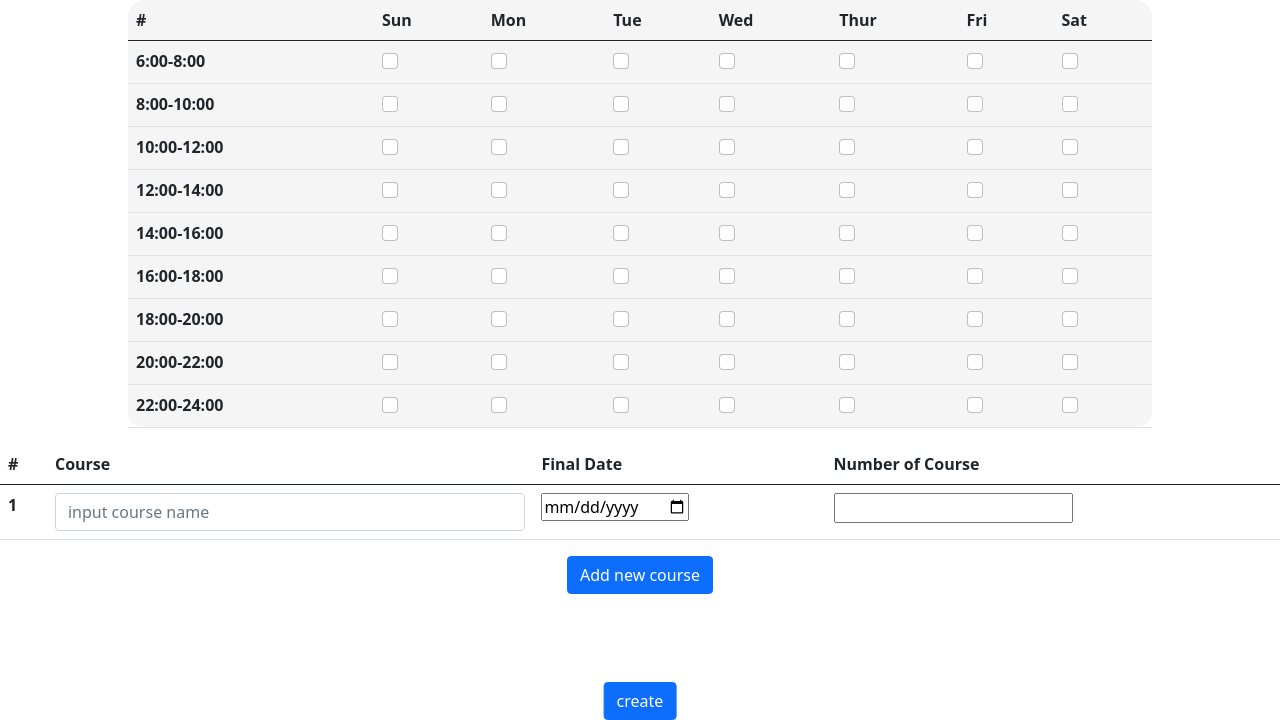
Repository: xich4932/fuxiguanli
Page: index_main.html
These files come from the project's save history. The page is drawn as it stood at one moment and after the next save; the edit follows.
The browser window is 1280 px wide. The pictures show the whole page.

Above is the page before, as saved 2021-06-21 21:52:15.

### index_main.html
<!doctype html>
<html lang="en">
  <head>
    <!-- Required meta tags -->
    <meta charset="utf-8">
    <meta name="viewport" content="width=device-width, initial-scale=1">

    <!-- Bootstrap CSS -->
    <link href="https://cdn.jsdelivr.net/npm/bootstrap@5.0.1/dist/css/bootstrap.min.css" rel="stylesheet" integrity="sha384-+0n0xVW2eSR5OomGNYDnhzAbDsOXxcvSN1TPprVMTNDbiYZCxYbOOl7+AMvyTG2x" crossorigin="anonymous">
    <script src="https://cdnjs.cloudflare.com/ajax/libs/jquery/3.6.0/jquery.min.js" integrity="sha512-894YE6QWD5I59HgZOGReFYm4dnWc1Qt5NtvYSaNcOP+u1T9qYdvdihz0PPSiiqn/+/3e7Jo4EaG7TubfWGUrMQ==" crossorigin="anonymous" referrerpolicy="no-referrer"></script>

    <link rel="stylesheet" href="style.css">
    <title>Hello, world!</title>
  </head>
  <body onload="load_table()">

    <!-- Optional JavaScript; choose one of the two! -->

    <!-- Option 1: Bootstrap Bundle with Popper -->
    <script src="https://cdn.jsdelivr.net/npm/bootstrap@5.0.1/dist/js/bootstrap.bundle.min.js" integrity="sha384-gtEjrD/SeCtmISkJkNUaaKMoLD0//ElJ19smozuHV6z3Iehds+3Ulb9Bn9Plx0x4" crossorigin="anonymous"></script>

    <!-- Option 2: Separate Popper and Bootstrap JS -->
    <!--
    <script src="https://cdn.jsdelivr.net/npm/@popperjs/core@2.9.2/dist/umd/popper.min.js" integrity="sha384-IQsoLXl5PILFhosVNubq5LC7Qb9DXgDA9i+tQ8Zj3iwWAwPtgFTxbJ8NT4GN1R8p" crossorigin="anonymous"></script>
    <script src="https://cdn.jsdelivr.net/npm/bootstrap@5.0.1/dist/js/bootstrap.min.js" integrity="sha384-Atwg2Pkwv9vp0ygtn1JAojH0nYbwNJLPhwyoVbhoPwBhjQPR5VtM2+xf0Uwh9KtT" crossorigin="anonymous"></script>
    -->

    <div id="print_table" class="table_style">
      <table class="table" id = "this_table">
        <thead>
          <tr>
            <th scope="col">#</th>
            <th scope="col">Sun</th>
            <th scope="col">Mon</th>
            <th scope="col">Tue</th>
            <th scope="col">Wed</th>
            <th scope="col">Thur</th>
            <th scope="col">Fri</th>
            <th scope="col">Sat</th>
          </tr>
        </thead>
        <tbody id="table_body">

        </tbody>
        </table>
    </div>

    <div>
      <div id="course_table" >
        <table class="table" id = "add_course_table">
          <thead>
            <tr>
              <th scope="col">#</th>
              <th scope="col">Course</th>
              <th scope="col">Final Date</th>
              <th scope="col">Number of Course</th>
            </tr>
          </thead>
          <tbody id="course">

            <tr>
              <th scope="row">1</th>
              <td>
                <input class="form-control" type="text" placeholder="input course name" aria-label="default input example" id="course_0">
              </td>
              <td>
                <input type="date" id="final_0">
              </td>
              <td>
                <input type="number" id="num_0">
              </td>
            </tr>

          </tbody>
          </table>
    </div>
    </div>
    <!--
    <div>
      <div >
        <a class="btn btn-primary" href="class_main.html" role="button" >Next</a>
      </div>
    </div>

    <div class="position-absolute bottom-7 start-50 translate-middle-x">
      <button type="button" class="btn btn-primary" onclick="checking()">Submit</button>
    </div>
    -->
    <div class="position-absolute bottom- start-50 translate-middle-x">
      <button type="button" class="btn btn-primary" id="addbtn" onclick="add_course()">Add new course</button>

    </div>
    <div class="position-absolute bottom-0 start-50 translate-middle-x">

      <button type="button" class="btn btn-primary" id="crtbtn" onclick="create()">create</button>
      <!--
      <a class="download hide" id="downloadLink" download="event.ics">⇩ Download</a>
      -->
      <a class="btn btn-primary" style="display: none;" href="#" role="button" id="downbtn" download="event.ics" >download</a>
     </div>

     <script type="text/javascript" src="script.js" defer="true"></script>
  </body>
</html>

### style.css

.vertical-center {
    margin: 0;
    position: absolute;
    top: 50%;
    -ms-transform: translateY(-50%);
    transform: translateY(-50%);
}
/*
.float{
	position:fixed;
	width:60px;
	height:60px;
	bottom:40px;
	right:40px;
	background-color:#0C9;
	color:#FFF;
	border-radius:50px;
	text-align:center;
	box-shadow: 2px 2px 3px #999;
}
*/
.table_style{
	background-color: whitesmoke;
	width: 80%;
	height: 100%;
	margin: auto;
	border-radius: 1pc;
	border-color: teal;
}

### script.js
function load_table(){
    var table = document.getElementById("table_body")
    //table.innerHTML;
    str = ''
    count = 0;
    window_time = ["6:00-8:00", "8:00-10:00", "10:00-12:00", "12:00-14:00", "14:00-16:00", "16:00-18:00", "18:00-20:00", "20:00-22:00", "22:00-24:00"]
    for(r = 0; r < 9; r++){
        str += '<th scope="row">'+window_time[r]+'</th>'
        for(i = 0; i < 7; i++){
            str += '<td><div class="form-check"><input class="form-check-input" type="checkbox" value="" id="check'+count+'"><label class="form-check-label" for="window'+count+'"></label></div></td>'
            count ++
        }
        str += '</tr>'
    }
    //var arr = [1,2,3,4]
    //test.apply(this ,arr)
    //console.log(arr.join())
    table.innerHTML += str
};

var week = []
function checking(){
    for(var f = 0; f < 7; f++){
        var temp_arr = []
        for( i = f; i <63; i+=7 ){
            if(document.getElementById('check' + String(i)).checked == true){
                console.log(i)
                temp_arr.push(i)
            }
        }
        week.push(temp_arr)
    }
    console.log(week)
}

var total = 1;

function add_course(){
    add = document.getElementById("course");
    str = '<tr><th scope="row">'+ (total+1)+'</th><td><input class="form-control" type="text" placeholder="input course name" aria-label="default input example" id="course_'+total+'"></td><td><input type="date" id="final_'+total+'"></td><td><input type="number" id="num_'+total+'"></td></tr>'
    total += 1
    $('#add_course_table tr:last').after(str);
}

function printing(){
    console.log(document.getElementById('final_date1').value)
    console.log(document.getElementById('num_course1').value)
    console.log(document.getElementById('course_1').value)

}

function calLastDay(month, year){
    if(month == 1 || month == 3 || month == 5 || month == 7 || month == 8 || month == 10 | month == 12 ){
        return 31;
    }else if(month == 4 || month == 6 || month == 9 || month == 11){
        return 30;
    }else{
        if(year % 4) return 28;
        if(!(year % 4) && year % 100) return 29;
        if(year % 100 && !(year % 400)) return 28
        else return 29
    }
}


var final_arr=[]; // final date
var course_arr = []; //course name
var num_arr = [] //number of topic of final for review
var time_start = []//start day of
var time_end = []//
var exclude_final = [] // exclude from review days
var exclude_str = "" //for RRULE
var icsFile = null;
var event_str = ""
var until = []
var window_start = ""
var window_end = ""
var window_str = ""

function create() {
    for(var i = 0; i < total; i++){
        final_arr.push(document.getElementById("final_"+String(i)).value)
        num_arr.push(document.getElementById("num_"+String(i)).value)
        course_arr.push(document.getElementById("course_"+String(i)).value)
    }
   //console.log(final_arr.join())
   //console.log(course_arr.join())
   //console.log(num_arr.join())
    total *= 2;
    for(var i = 0; i < total; i+=2){
        var day_before = final_arr[i].substring(0, 8)
        var day = final_arr[i].substring(8,10) - 1
        if(parseInt(final_arr[i].substring(8,10)) == 1){
            var temp_day_before = day_before
            var day_before = final_arr[i].substring(5,7) - 1
            day = calLastDay(parseInt(final_arr[i].substring(5,7))-1 ,parseInt(final_arr[i].substring(0,4)))
            if(day_before < 10){
                day_before = temp_day_before.substring(0, 5) + '0' + String(day_before) + '-'
            }
        }else{
            if(day < 10){
                day = '0' + String(day)
            }else{
                day = final_arr[i].substring(8,10) - 1
            }
        }
        final_arr.splice(i, 0, day_before + day)
        //console.log(final_arr.join())
    }
    //total /= 2
    console.log(final_arr.join())
    //total *= 2
    final_rearrange()
    ret_window()
    review_windows()
    automator()
   createEvent()
   //makeIcsFile()
   var ready = document.getElementById("downbtn")
   ready.href = makeIcsFile()
   document.getElementById("downbtn").style.display = "block"
}
/*
function exdate_working(){
    var temp_size = total / 2
    for(var t =0; t < total; t+=2){
        var str = ""
        str = String(final_arr[t].substring(0,4)) + String(final_arr[t].substring(5,7)) + String(final_arr[t].substring(8)) + 'T' + "000000"
        time_start.push(str)
        console.log("im in func")
    }
}
 */
/*
function time_to_start(){
   // console.log(final_arr.join())
    for(var t =0; t < total; t+=2){
        var str = ""
        str = String(final_arr[t].substring(0,4)) + String(final_arr[t].substring(5,7)) + String(final_arr[t].substring(8)) + 'T' + "000000"
        time_start.push(str)
        console.log("im in func")
    }
    //console.log(time_start.join())
}

function time_to_end(){
    //console.log(final_arr.join())
    for(var t =1; t <= total; t+=2){
        var str = ""
        str = String(final_arr[t].substring(0,4)) + String(final_arr[t].substring(5,7)) + String(final_arr[t].substring(8)) + 'T' + "235959"
        time_end.push(str)
        console.log("im in fund")
    }
}
 */

/*

 */
function final_rearrange(){
    for(var t =0; t < total ; t++){
        var temp_str = String(final_arr[t].substring(0,4)) + String(final_arr[t].substring(5,7)) + String(final_arr[t].substring(8)) + 'T' + "000000"
        if(t % 2){
            final_arr.push(temp_str)
        }
        exclude_str += temp_str
        exclude_str +=    ','
    }
    //console.log(str)
    //console.log(final_formatted.join())
}
/*
 *  store the time of windows
 *
 */
function ret_window(num){
    if(num / 7 == 0){
        window_start = "060000"
        window_end = "080000"
    }else if(num / 7 == 1){
        window_start = "080000"
        window_end = "100000"
    }else if(num / 7 == 2){
        window_start = "100000"
        window_end = "120000"
    }else if(num / 7 == 3){
        window_start = "120000"
        window_end = "140000"
    }else if(num / 7 == 4){
        window_start = "140000"
        window_end = "160000"
    }else if(num / 7 == 5){
        window_start = "160000"
        window_end = "180000"
    }else if(num / 7 == 6){
        window_start = "180000"
        window_end = "200000"
    }else if(num / 7 == 7){
        window_start = "200000"
        window_end = "220000"
    }else if(num / 7 == 8){
        window_start = "220000"
        window_end = "240000"
    }
}

function review_windows(){
    var today = new Date()
    for(var d = 0; d < total; d++){
        //window_str =
        time_start.push(String(today.getFullYear()) + String(today.getMonth()+1) + String(today.getDate()) + "T" + window_start)
        time_end.push(String(today.getFullYear()) + String(today.getMonth()+1) + String(today.getDate()) + "T" + window_end)
    }
}

/*
the final day and the days before final is reserved
*/
//var week = []
function calNextDay(month, year, day){
    if(month == 1 || month == 3 || month == 5 || month == 7 || month == 8 || month == 10 | month == 12 ){
        if(day + 1 > 31) return 1;
      //  else return day + 1;
    }else if(month == 4 || month == 6 || month == 9 || month == 11){
        if(day + 1 > 30) return 1;
     //   else return day + 1;
    }else{
        if(year % 4){
            if(day + 1 > 28) return 1;
          //  else return day + 1;
        } //return 28;
        if(!(year % 4) && year % 100){
            if(day + 1 > 29) return 1;
          //  else return day + 1;
        } //return 29; //leap month
        if(year % 100 && !(year % 400)){
            if(day + 1 > 28) return 1;
          //  else return day + 1;
        } //return 28
        else{
            if(day + 1 > 29) return 1;
          //  else return day + 1;
        } //return 29 //leap month
    }
    return day + 1
}



function automator(){
    var today = new Date()
    var sizer = total / 2;
    var temp_event
    console.log(today.getFullYear(), today.getMonth() +1, today.getDate())
    //document.getElementById("")
    time_start = String(today.getFullYear()) + String(today.getMonth()+1) + String(today.getDate()) + 'T000000'
    var weekday = translate_week((today.getDay() + 1) % 7 )
    for(var g = 0; g < sizer; g++){
        event_str += createEvent(course_arr[g], time_start[g], time_end[g] ,  until[g], translate_week(today.getDay()%7) )
    }
}


//return day in code
function translate_week(temp_week){
    switch (temp_week){
        case 0:
            return "SU"
            break;
        case 1:
            return "MO"
            break;
        case 2:
            return "TU"
            break;
        case 3:
            return "WE"
            break;
        case 0:
            return "TH"
            break;
        case 1:
            return "FR"
            break;
        case 2:
            return "SA"
            break;
        default:
            return "MO"
            break;
    }

}


//writing ICS rule

function createEvent(event_name, start_time, end_time, get_until, r_week) {
    for(var i = 0; i < time_start.length; i++){
       event_str += "BEGIN:VEVENT\n" +
       "UID:" +
       Math.random().toString(36).substring(2) +
       "\n" +
       "TZID:Asia/Shanghai\n" +
       "DTSTART;VALUE=DATE:" +
       //time_start[i] +
       "\n" +
       "DTEND;VALUE=DATE:" +
      // time_end[i] +
       "\n" +
       "SUMMARY:" +
      // course_arr[i] +
       "\n" +
       "DESCRIPTION:" +
       "review for "+ course_arr[i] +
       "\n" +
       "BEGIN:VALARM\n" +
       "TRIGGER:-PT10M\n" +
       "ACTION:DISPLAY" +
       "RRULE: FREQ=WEEKLY; WKST=SUN; BYDAY= " + r_week + "EXDATE="+ exclude_str +
       "\n" +
       "END:VEVENT\n";
    }
    return event_str
}

function makeIcsFile(date, summary, description) {
    //event_str =
    //console.log("eventstr: ", event_str)
    var test =
      "BEGIN:VCALENDAR\n" +
      "CALSCALE:GREGORIAN\n" +
      "METHOD:PUBLISH\n" +
      "PRODID:-//Test Cal//EN\n" +
      "VERSION:2.0\n";
      console.log(event_str)
      test += event_str;

      test += "END:VCALENDAR";
    ///console.log(test)
    var data = new File([test], { type: "text/plain" });

    // If we are replacing a previously generated file we need to
    // manually revoke the object URL to avoid memory leaks.
    if (icsFile !== null) {
      window.URL.revokeObjectURL(icsFile);
    }

    icsFile = window.URL.createObjectURL(data);

    return icsFile;
}

After the next save:
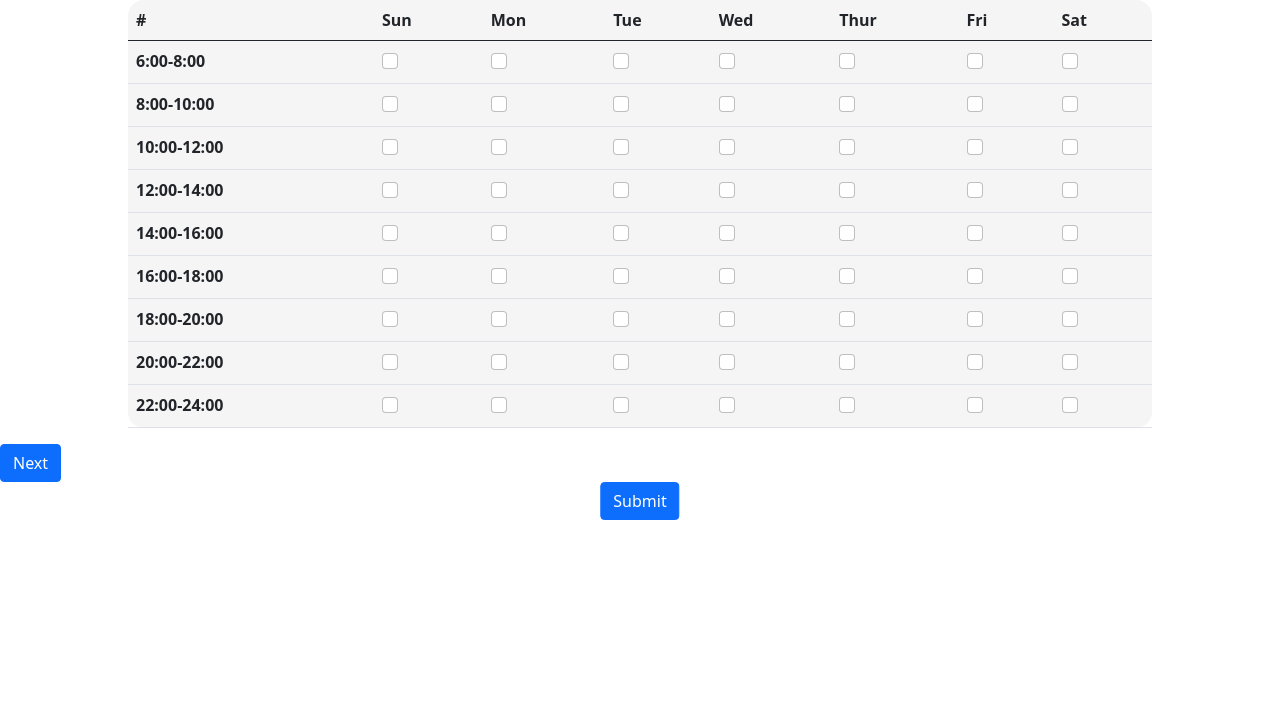
Saved 2 min 3 s later.
--- a/index_main.html
+++ b/index_main.html
@@ -44,7 +44,7 @@
         </tbody>
         </table>
     </div>
-
+    <!--
     <div>
       <div id="course_table" >
         <table class="table" id = "add_course_table">
@@ -75,7 +75,8 @@
           </table>
     </div>
     </div>
-    <!--
+    -->
+
     <div>
       <div >
         <a class="btn btn-primary" href="class_main.html" role="button" >Next</a>
@@ -85,7 +86,7 @@
     <div class="position-absolute bottom-7 start-50 translate-middle-x">
       <button type="button" class="btn btn-primary" onclick="checking()">Submit</button>
     </div>
-    -->
+    <!--
     <div class="position-absolute bottom- start-50 translate-middle-x">
       <button type="button" class="btn btn-primary" id="addbtn" onclick="add_course()">Add new course</button>
 
@@ -93,12 +94,12 @@
     <div class="position-absolute bottom-0 start-50 translate-middle-x">
 
       <button type="button" class="btn btn-primary" id="crtbtn" onclick="create()">create</button>
-      <!--
+
       <a class="download hide" id="downloadLink" download="event.ics">⇩ Download</a>
-      -->
+
       <a class="btn btn-primary" style="display: none;" href="#" role="button" id="downbtn" download="event.ics" >download</a>
      </div>
-
+    -->
      <script type="text/javascript" src="script.js" defer="true"></script>
   </body>
 </html>
